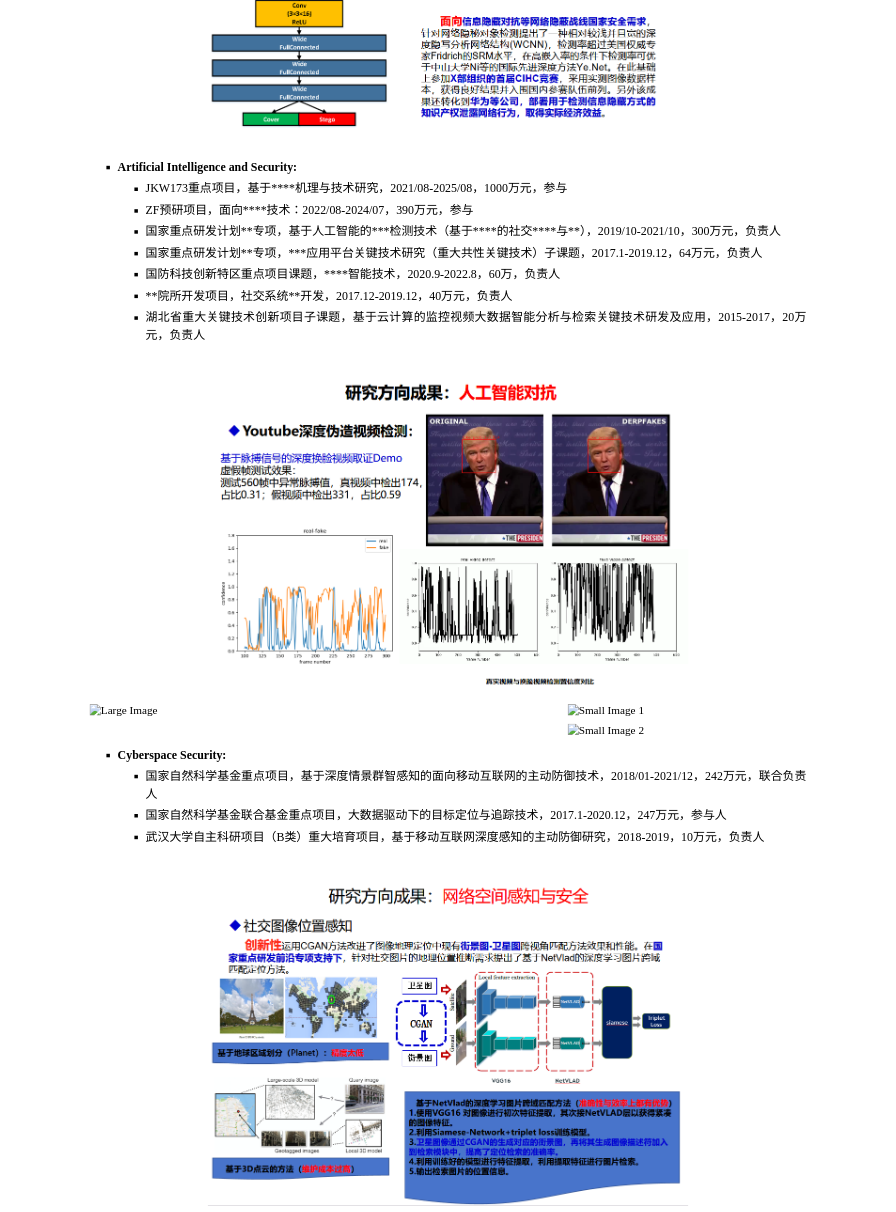
Repository: yedengpan/yedengpan.github.io
Page: research.html
These files come from the project's save history. The page is drawn as it stood at one moment and after a run of saves; the edit follows.
The browser window is 1280 px wide. The pictures show the part of the page from y = 797 to 2717 px (the page is 2528 px tall before and 2717 px after), at 70% of full size.

Above is the page before, as saved 2023-12-04 15:40:17.
Console error: SyntaxError: Unexpected token '%'
Not found: path/to/large-image.jpg
Not found: path/to/small-image1.jpg
Not found: path/to/small-image2.jpg

After the next 2 saves:
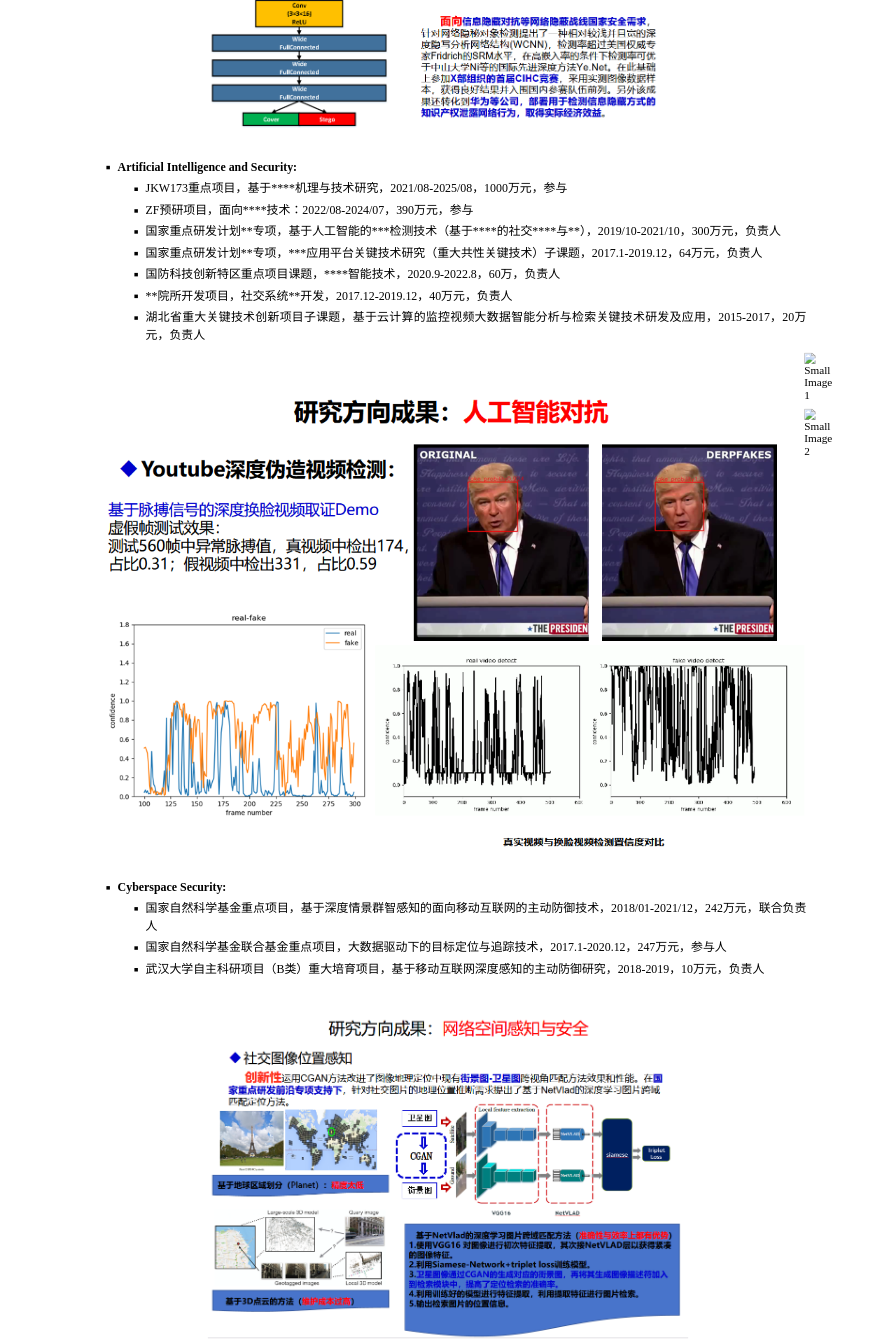
The 2 saves are shown as one change because they came seconds apart.
The last was saved 12 s later.
--- a/research.html
+++ b/research.html
@@ -108,10 +108,10 @@
                 <li><p style="text-align:justify;"> 湖北省重大关键技术创新项目子课题，基于云计算的监控视频大数据智能分析与检索关键技术研发及应用，2015-2017，20万元，负责人</p></li>
             </ul>
         </ul>
-        <img class="center-image" src="./source_files/222.png" alt="artificial_security" />
+        <!-- <img class="center-image" src="./source_files/222.png" alt="artificial_security" /> -->
 
         <div class="image-container">
-            <img class="large-image" src="path/to/large-image.jpg" alt="Large Image">
+            <img class="large-image" src="./source_files/222.png" alt="Large Image">
             <div class="small-images">
                 <img src="path/to/small-image1.jpg" alt="Small Image 1">
                 <img src="path/to/small-image2.jpg" alt="Small Image 2">
